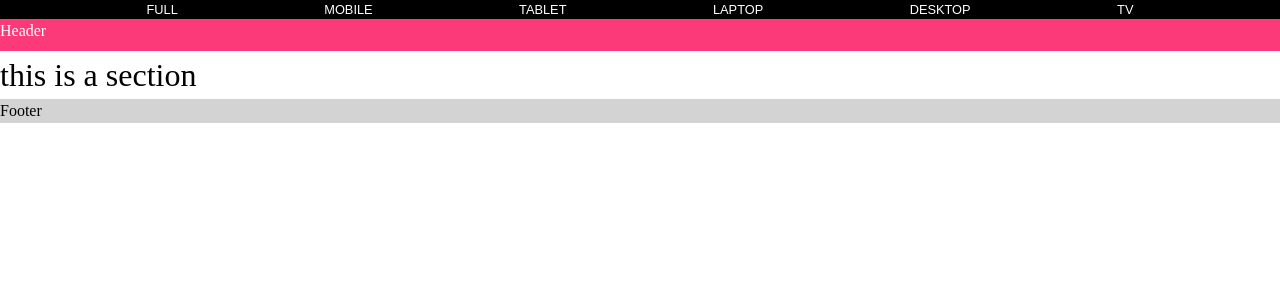
Repository: Terrycoco/coco-playground
Page: /
The author's editor kept a copy of each file at every save. The page is drawn from the files as they stood at one save, then again after the next save.
The browser window is 1280 px wide. The pictures show the whole page.
The project was rebuilt for these pictures with package versions that can differ from the ones it lists, and the page was loaded fresh each time. The framework's server and built-in components were replaced by stand-ins that run in the browser. Also part of the build but not shown: next.config.js.

Above is the page before, as saved 2023-03-20 10:16:59.

After the next save:
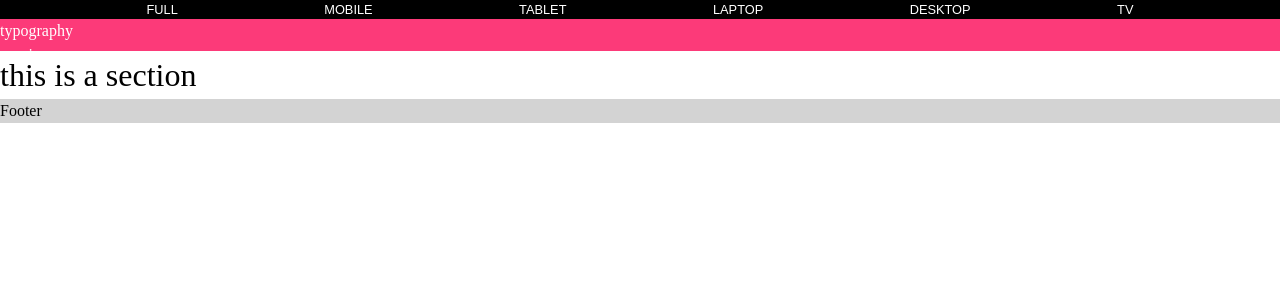
Saved 2 min 53 s later.
--- a/src/components/layout/Header.js
+++ b/src/components/layout/Header.js
@@ -14,7 +14,15 @@ function Header() {
     return styles;
   };
 
-  return <header style={getHeaderStyles()}>Header</header>;
+  return (
+    <header style={getHeaderStyles()}>
+      <menu>
+        <li>typography</li>
+        <li>spacing</li>
+        <li>colors</li>
+      </menu>
+    </header>
+  );
 }
 
 export default Header;
